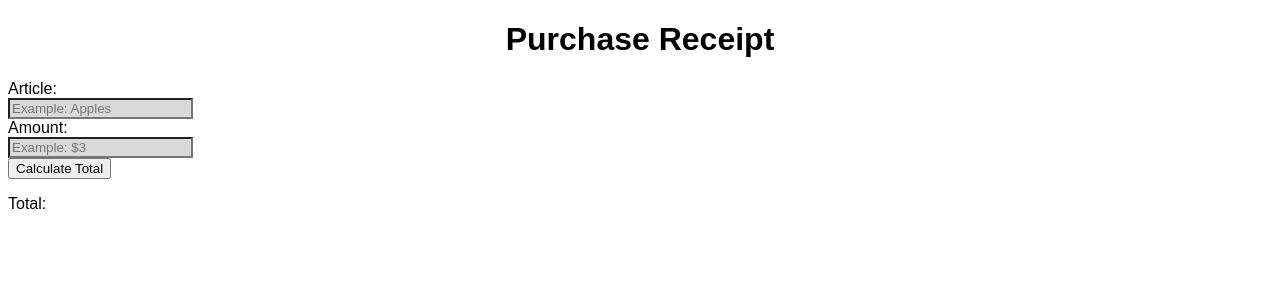
Repository: cokoduwa/js-study-group
Page: exercises/01/index.html
These files come from the project's save history. The page is drawn as it stood at one moment and after the next save; the edit follows.
The browser window is 1280 px wide. The pictures show the whole page.

Above is the page before, as saved 2023-02-14 21:34:29.

### exercises/01/index.html
<!DOCTYPE html>
<html lang="en">
<head>
    <meta charset="UTF-8">
    <meta http-equiv="X-UA-Compatible" content="IE=edge">
    <meta name="viewport" content="width=device-width, initial-scale=1.0">
    <link rel="stylesheet" href="index.css">

    <title>Coding Warmer - E1 </title>
</head>
<body>


        <h1>Purchase Receipt</h1>


        <section>
            <div>
             <div>
                 <ion-label>Article:</ion-label>
             </div>
               <div>
                  <input placeholder="Example: Apples" id="description"/>
               </div>
            </div>

            <div>
                <div>
                    <ion-label>Amount:</ion-label>
                </div>
                <div>
                    <input placeholder="Example: $3" id="amount"></input>
                </div>
            </div>

            <div>
                <div>
                    <button>Calculate Total</button>
                </div>
            </div>

            <div>
                <div>
                    <ul id="ticket">
                        <!--List of ticket articles here-->
                    </ul>
                </div>
            </div>
            <p id="total">
                Total: <!--Total here-->
            </p>
        </section>

</body>
<script src="index.js"></script>
</html>

### exercises/01/index.css
body {
    font-family: Arial, Helvetica, sans-serif;
}

section {
    margin: 0 auto;
}

h1 {
    text-align: center;
}

input {
    background-color: #D9D9D9;
}

Loaded but not shown: exercises/01/index.js (no stored copy; drawn as an empty file)

After the next save:
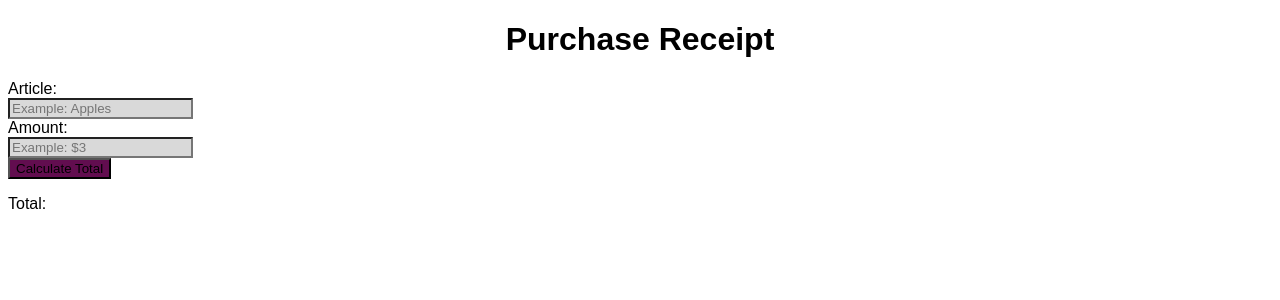
Saved 32 s later.
--- a/exercises/01/index.css
+++ b/exercises/01/index.css
@@ -13,3 +13,7 @@ h1 {
 input {
     background-color: #D9D9D9;
 }
+
+button {
+    background-color: #620D4F;
+}
